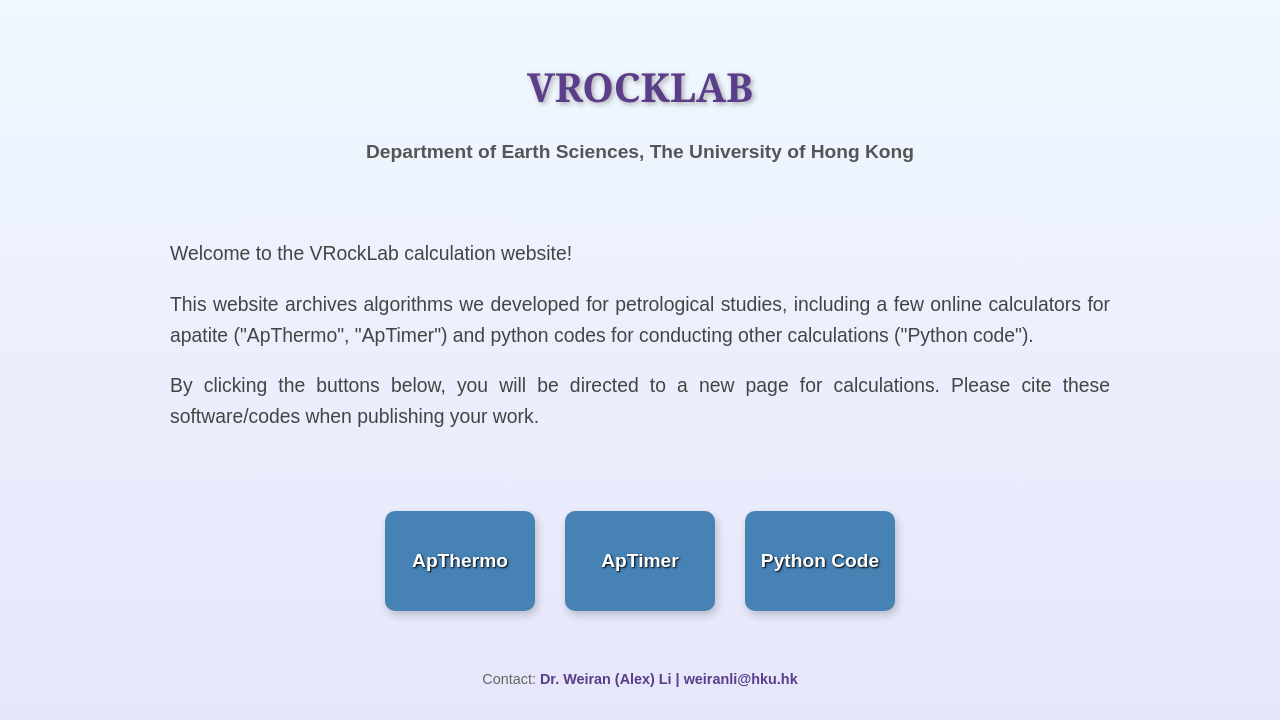
Repository: Abyss2019/home_page
Page: index.html
The author's editor kept a copy of each file at every save. The page is drawn from the files as they stood at one save, then again after a run of saves.
The browser window is 1280 px wide. The pictures show the whole page.

Above is the page before, as saved 2025-04-06 10:28:01.

### index.html
<!DOCTYPE html>
<html lang="en">
<head>
    <meta charset="UTF-8">
    <meta name="viewport" content="width=device-width, initial-scale=1.0">
    <title>VROCKLAB</title>
    <style>
        body {
            font-family: Arial, sans-serif;
            margin: 0;
            padding: 0;
            /* background-image: url('./bg.webp'); */
            background: linear-gradient(to bottom, #f0f8ff, #e6e6fa);
            color: #333;
            display: flex;
            flex-direction: column;
            align-items: center;
            justify-content: center;
            height: 100vh;
        }

        header {
            text-align: center;
            /* margin-bottom: 30px; */
        }

        header h1 {
            font-size: 2.5em;
            font-family: 'Georgia', serif;
            text-shadow: 2px 2px 5px #aaa;
            color: #5a3e8a;
        }

        header h2 {
            font-size: 1.2em;
            margin-top: 5px;
            color: #555;
        }

        .intro {
        font-size: 1.1em;
        line-height: 1.6;
        text-align: justify;
        color: #444;
        /* background-color: #f2f6ff; */
        padding: 20px 30px;
        border-radius: 12px;
        /* box-shadow: 0 2px 5px rgba(0, 0, 0, 0.1); */
        max-width: 1000px;
        }

        /* .indent p {
        text-indent: 2em;
        margin-bottom: 1em;
        } */


        .buttons-container {
            display: flex;
            gap: 30px;
            margin: 20px 0;
        }

        .button {
            display: flex;
            align-items: center;
            justify-content: center;
            width: 150px;
            height: 100px;
            background-color: #4682b4;
            border-radius: 10px;
            box-shadow: 2px 4px 8px rgba(0, 0, 0, 0.2);
            color: #fff;
            font-size: 1.2em;
            font-weight: bold;
            text-decoration: none;
            text-shadow: 1px 1px 2px #000;

        }
        .button:hover{
          transform: scale(1.05);
        }

        footer {
            margin-top: 40px;
            font-size: 0.9em;
            color: #666;
            text-align: center;
        }

        footer a {
            color: #5a3e8a;
            text-decoration: none;
            font-weight: bold;
        }

        footer a:hover {
            text-decoration: underline;
        }
    </style>
</head>
<body>
    <header>
        <h1>VROCKLAB</h1>
        <h2>Department of Earth Sciences, The University of Hong Kong</h2>
    </header>

    <div class="intro">
        <div class="intro indent">
        <p>Welcome to the VRockLab calculation website!</p>
        <p>This website archives algorithms we developed for petrological studies, including a few online calculators for apatite ("ApThermo", "ApTimer") and python codes for conducting other calculations ("Python code").</p>
        <p>By clicking the buttons below, you will be directed to a new page for calculations. Please cite these software/codes when publishing your work.</p>
        </div>
    </div>

    <div class="buttons-container">
        <a href="https://vrocklab.hku.hk/ApThermo/" target="_blank" class="button">ApThermo</a>
        <a href="https://vrocklab.hku.hk/ApTimer/" target="_blank" class="button">ApTimer</a>
        <a href="https://vrocklab.hku.hk/python-code/" target="_blank" class="button">Python Code</a>
    </div>

    <footer>
        Contact: <a href="mailto:weiranli@hku.hk">Dr. Weiran (Alex) Li | weiranli@hku.hk</a>
    </footer>
</body>
</html>

After the next 2 saves:
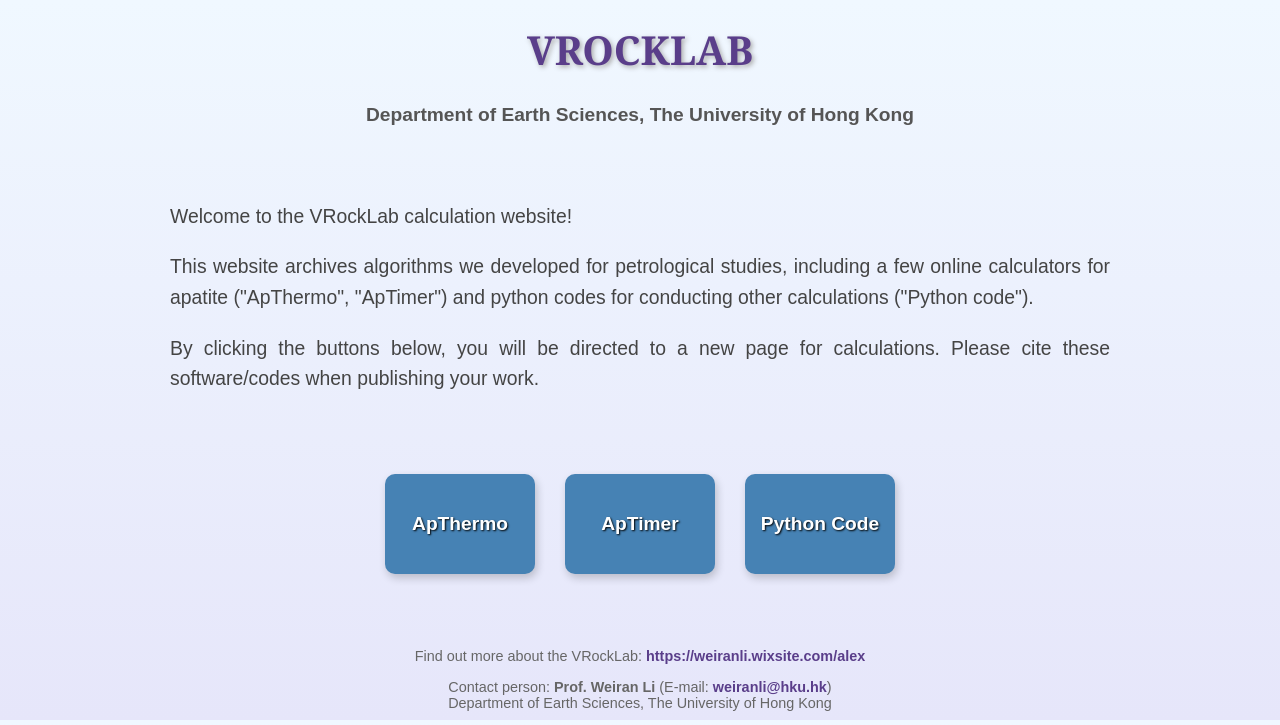
The 2 saves are shown as one change because they came seconds apart.
The last was saved 115 s later.
--- a/index.html
+++ b/index.html
@@ -120,7 +120,15 @@
     </div>
 
     <footer>
-        Contact: <a href="mailto:weiranli@hku.hk">Dr. Weiran (Alex) Li | weiranli@hku.hk</a>
+        <p>
+            Find out more about the VRockLab:
+            <a href="https://weiranli.wixsite.com/alex" target="_blank">https://weiranli.wixsite.com/alex</a>
+        </p>
+        <p>
+            Contact person: <strong>Prof. Weiran Li</strong> (E-mail:
+            <a href="mailto:weiranli@hku.hk">weiranli@hku.hk</a>)<br>
+            Department of Earth Sciences, The University of Hong Kong
+        </p>
     </footer>
 </body>
 </html>
